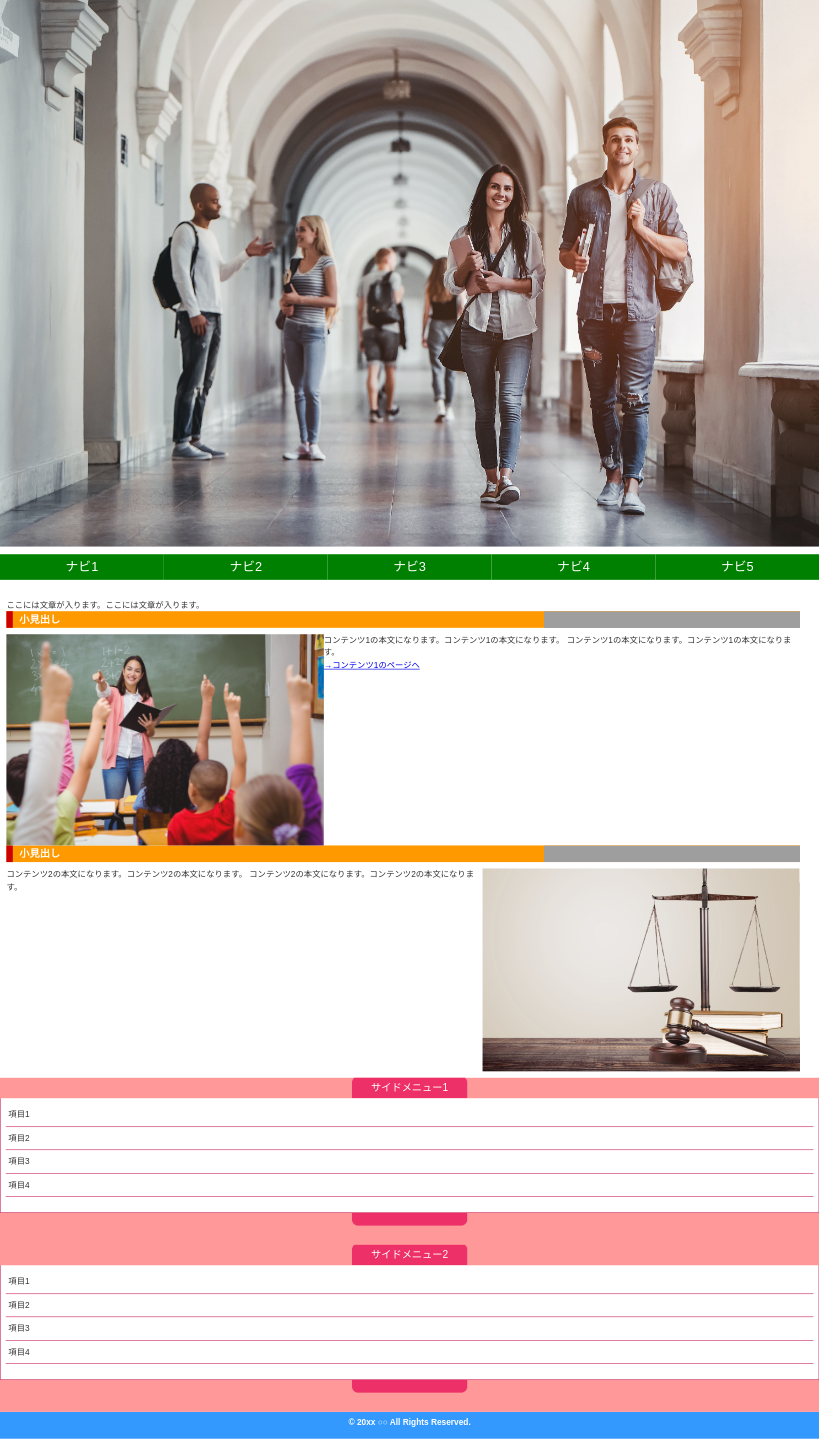
Repository: HeshaRI123/samurai_HTML-CSS
Page: index.html
The author's editor kept a record of every edit. The page is drawn from the files as they stood at one moment, then again after the next edit.
The browser window is 1280 px wide. The pictures show the whole page, at 64% of full size.
Pictures or frames that could not be fetched are drawn as grey boxes.

Above is the page before.

After the next edit:
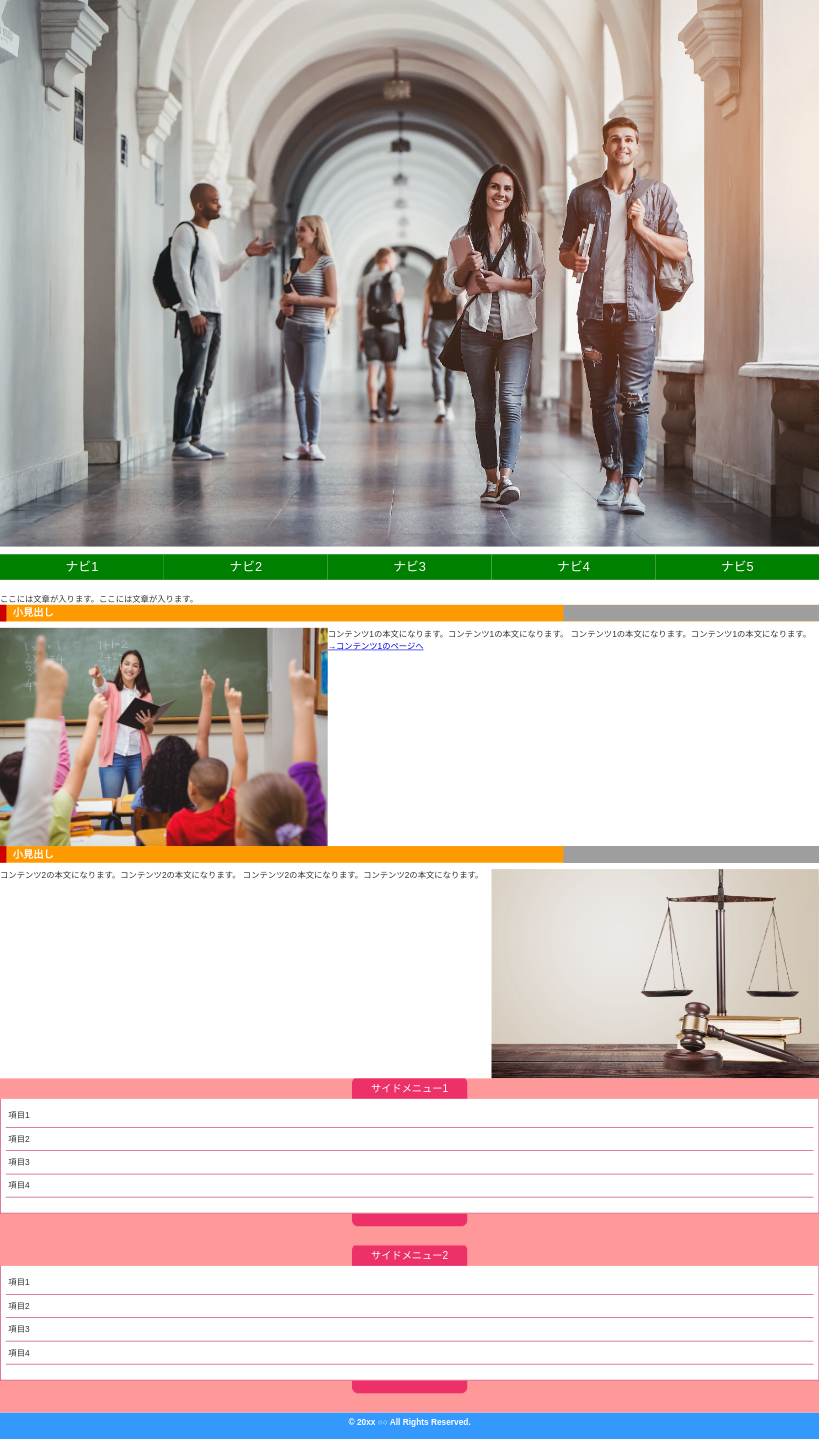
The edit:
--- a/stylesheet.css
+++ b/stylesheet.css
@@ -90,8 +90,8 @@
 
 /*---------- main -------------*/
 #main {
-
-    padding:10px 30px 10px 10px;
+	width: 85%
+    padding: 10px 30px 10px 10px;
 }
 #main h2 {
     margin: 0 0 10px 0;
